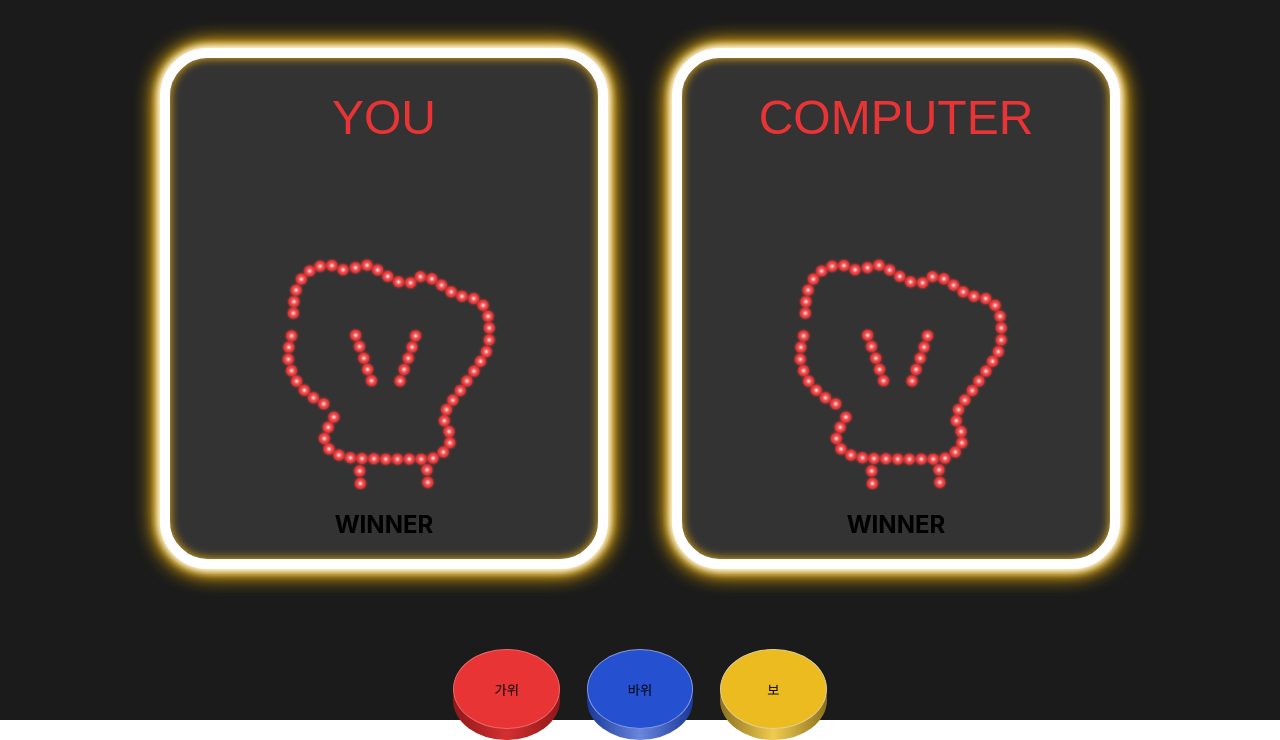
Repository: KIMMIHYE12/classComponent
Page: /
These files come from the project's save history. The page is drawn as it stood at one moment and after the next save; the edit follows.
The browser window is 1280 px wide. The pictures show the whole page.
Some web fonts or font styles are not loaded; a fallback is used. The project was rebuilt for these pictures with package versions that can differ from the ones it lists, and the page was loaded fresh each time.

Above is the page before, as saved 2024-03-18 23:38:15.

After the next save:
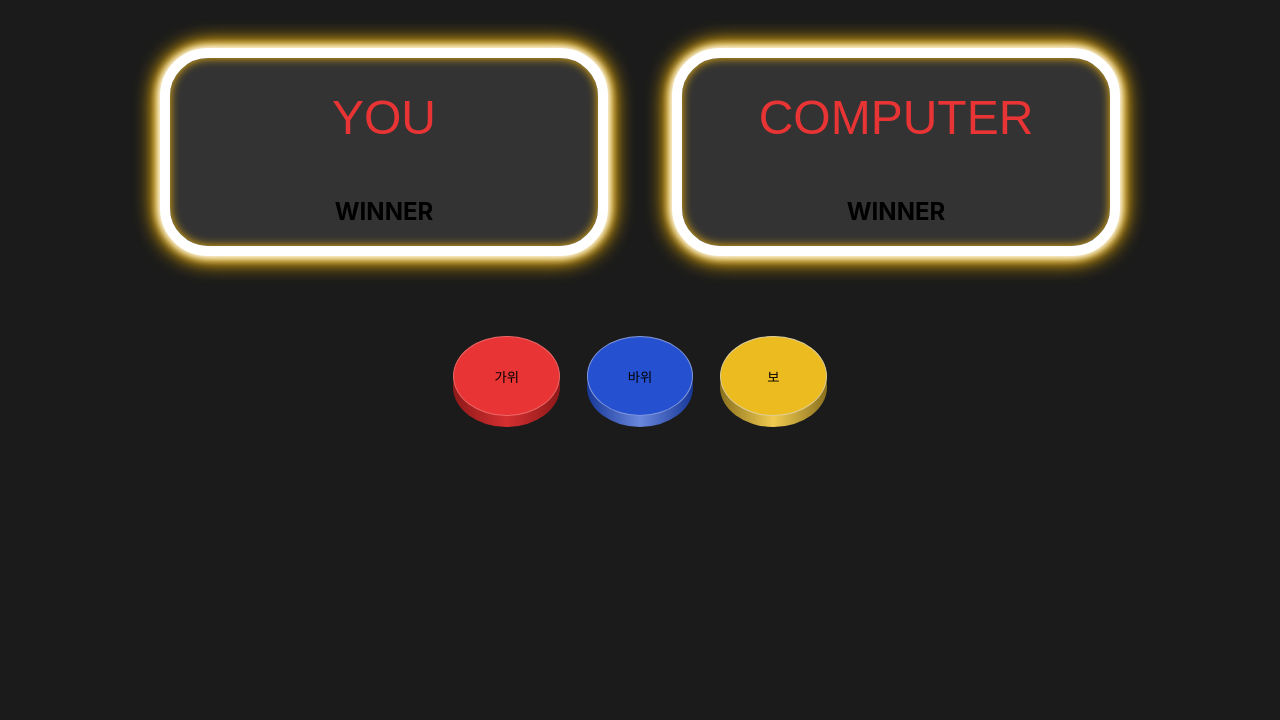
Saved 83 s later.
--- a/src/component/Box.js
+++ b/src/component/Box.js
@@ -6,7 +6,7 @@ export const Box = (props) => {
   return (
     <div className='box'>
       <h1>{props.title}</h1>
-      <img src='/images/rock.png' alt='바위' />
+      <img src={props.img} alt={props.describe} />
       <h2>WINNER</h2>
     </div>
   );
